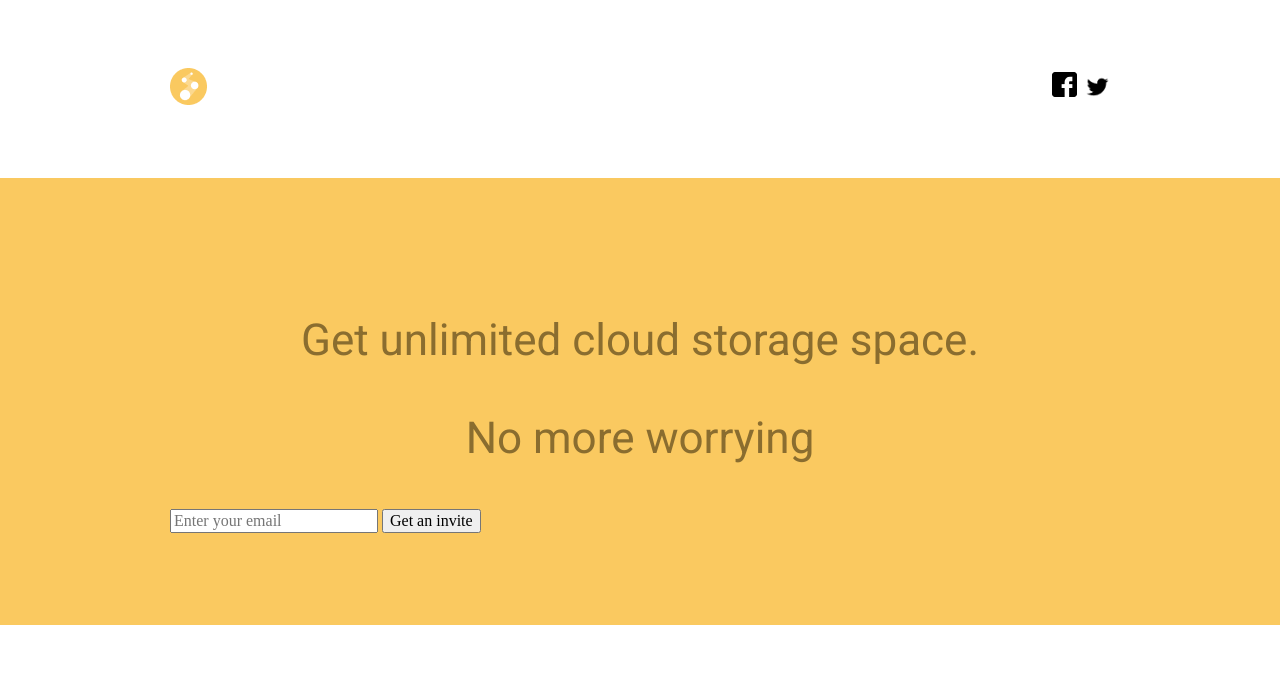
Repository: AndreyMykulych/user_home_work_Mykulych
Page: index.html
These files come from the project's save history. The page is drawn as it stood at one moment and after the next save; the edit follows.
The browser window is 1280 px wide. The pictures show the whole page.

Above is the page before, as saved 2023-02-27 15:56:36.

### index.html
<!DOCTYPE html>
<html lang="en">
<head>
    <meta charset="UTF-8">
    <meta http-equiv="X-UA-Compatible" content="IE=edge">
    <meta name="viewport" content="width=device-width, initial-scale=1.0">
    <title>Document</title>
    <link  rel="stylesheet"  href="styles/normalize.css">
    <link  rel="stylesheet"  href="styles/style.css">
    <link rel="preconnect" href="https://fonts.googleapis.com">
<link rel="preconnect" href="https://fonts.gstatic.com" crossorigin>
<link href="https://fonts.googleapis.com/css2?family=Roboto&display=swap" rel="stylesheet">

</head>
<body>
    <div class="wrapper">
        <h1 class="first-block">
            <img class="logo-Photo" src="/3/img/IMAGE.png" alt="main">
        </h1>

            <h1 class="second-block">
                <img class="Fb-Photo" src="3/img/fb-icon.png" alt="FB">
                <img class="Twit-Photo" src="/3/img/Frame.png" alt="Twitter">
            </h1>
    </div>
    <div class="input-back">
    <div class="input-conteiner">
        <p class="text_1">Get unlimited cloud storage space.</p>
        <p class="text_2">No more worrying</p>
        <form>
            <input placeholder="Enter your email" type="email" id="email" name="email">
            <button>Get an invite</button>
          </form>

    </div>
</div>
</body>
</html>

### styles/style.css
*{
    box-sizing: border-box;
}

.wrapper {
    margin: 0 auto;
    width: 940px;
    margin-top:47px;
}
h1 {
    display: inline-block;
}
.first-block {
    text-align: left;
}
.second-block {
    float: right;
}
.logo-Photo {
    width: 37px;
    height: 37px;
}
.Fb-Photo {
width: 25px;
height: 25px;

}
.Twit-Photo{
    width: 25px;
    height: 21px;
}
.input-back{
    background-color: #FAC960;
    height: auto;
    margin-top:43px;

}
.input-conteiner {
    width: 940px;
    margin: 0 auto;
   padding-top:91px;
   padding-bottom: 92px;
}
p {
    display: block;
    font-family: 'Roboto', sans-serif;
    text-align: center;
    font-style: normal;
font-weight: 400;
font-size: 44px;
line-height: 54px;
color: #8A6D2F;

.text_1 {
    margin: 0;
    padding-top: 10px;
}
.text_2{
    padding-top: 0px;
}
form {
    display: inline-block;

}
button {
      padding-left: 5px;
      background-color: #A8863D;
      color: #fff;
}

Loaded but not shown: styles/normalize.css (library)

After the next save:
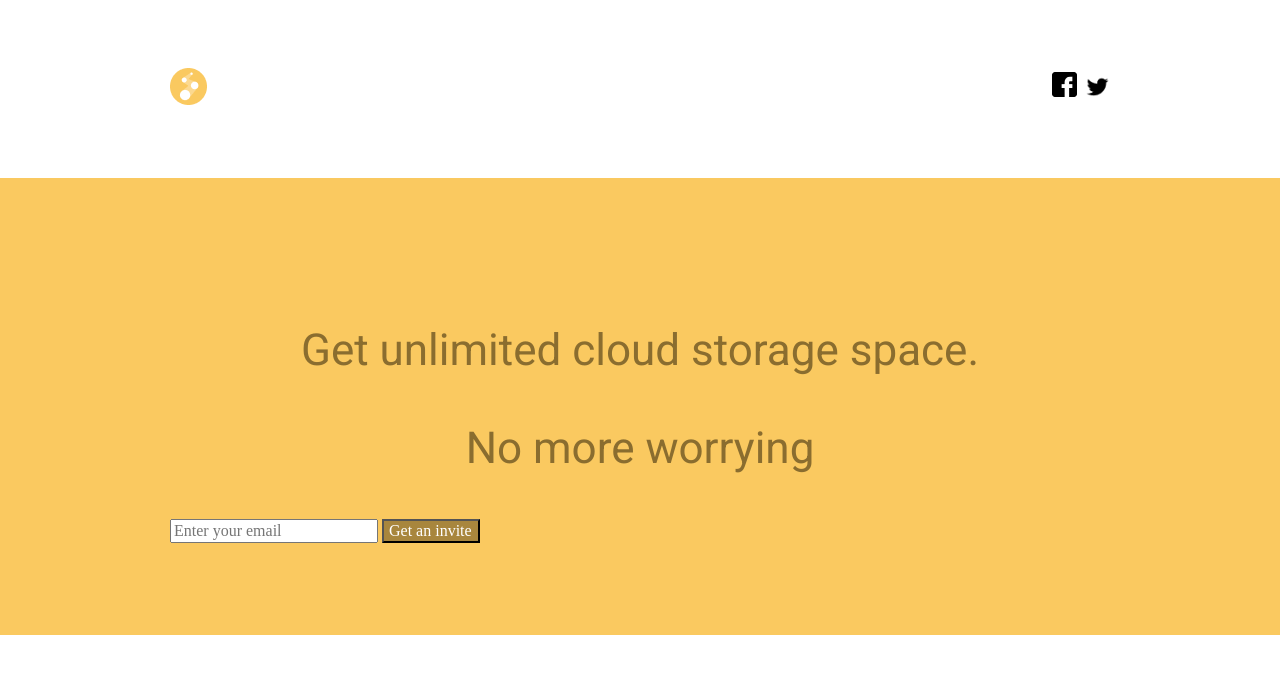
Saved 24 s later.
--- a/styles/style.css
+++ b/styles/style.css
@@ -50,9 +50,10 @@ font-weight: 400;
 font-size: 44px;
 line-height: 54px;
 color: #8A6D2F;
+}
 
 .text_1 {
-    margin: 0;
+
     padding-top: 10px;
 }
 .text_2{
